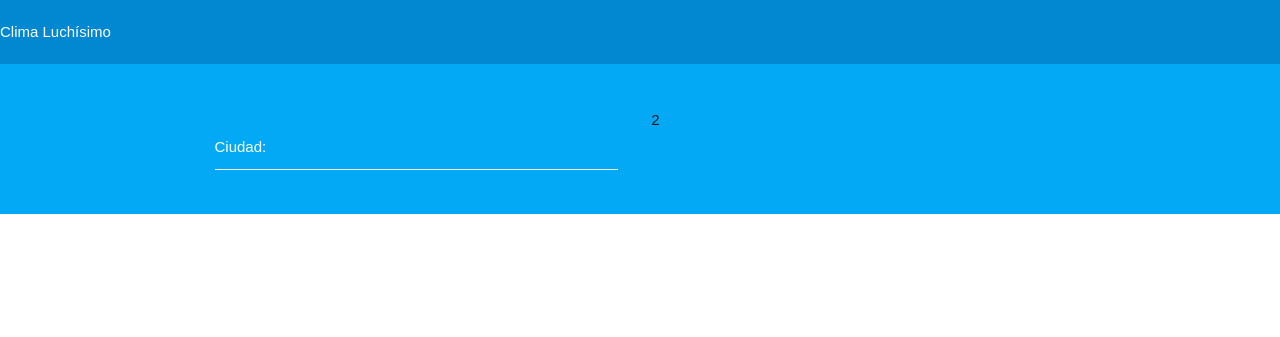
Repository: lmencos/clima
Page: /
The author's editor kept a copy of each file at every save. The page is drawn from the files as they stood at one save, then again after the next save.
The browser window is 1280 px wide. The pictures show the whole page.
The project was rebuilt for these pictures with package versions that can differ from the ones it lists, and the page was loaded fresh each time.

Above is the page before, as saved 2020-09-17 19:03:13.

After the next save:
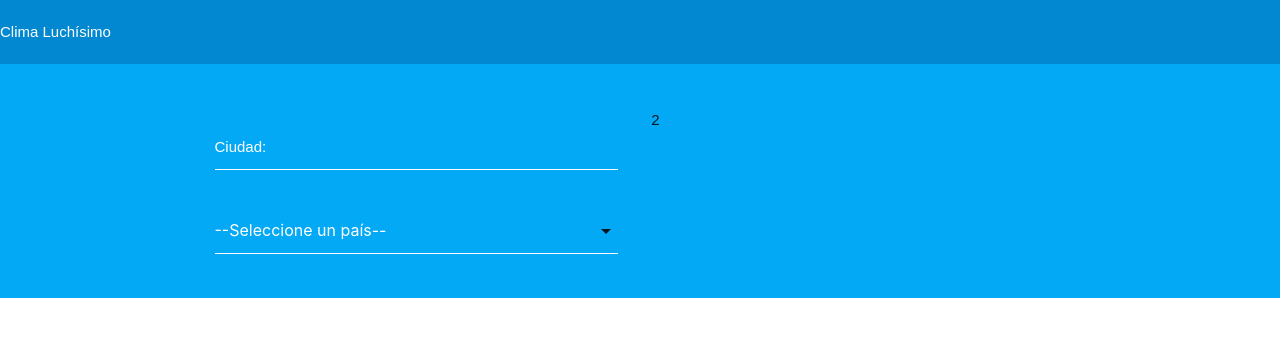
Saved 114 s later.
--- a/src/components/Formulario.js
+++ b/src/components/Formulario.js
@@ -11,6 +11,16 @@ const Formulario = () => {
           />
           <label htmlFor="ciudad">Ciudad:</label>
       </div>
+      <div className="input-field col s12" >
+        <select
+          name="pais"
+          id=""
+        >
+          <option value="">--Seleccione un país--</option>
+
+        </select>
+
+      </div>
     </form>
    );
 }
